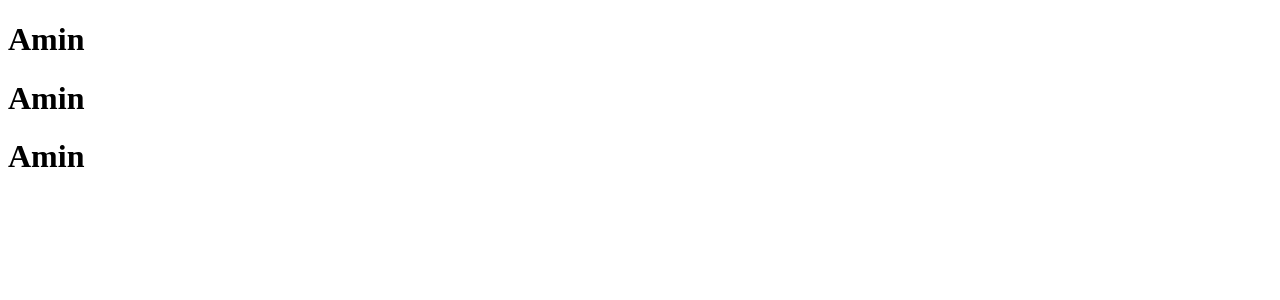
Repository: samsoli/React
Page: /
These files come from the project's save history. The page is drawn as it stood at one moment and after the next save; the edit follows.
The browser window is 1280 px wide. The pictures show the whole page.
The project was rebuilt for these pictures with package versions that can differ from the ones it lists, and the page was loaded fresh each time.

Above is the page before, as saved 2024-06-15 10:22:33.

After the next save:
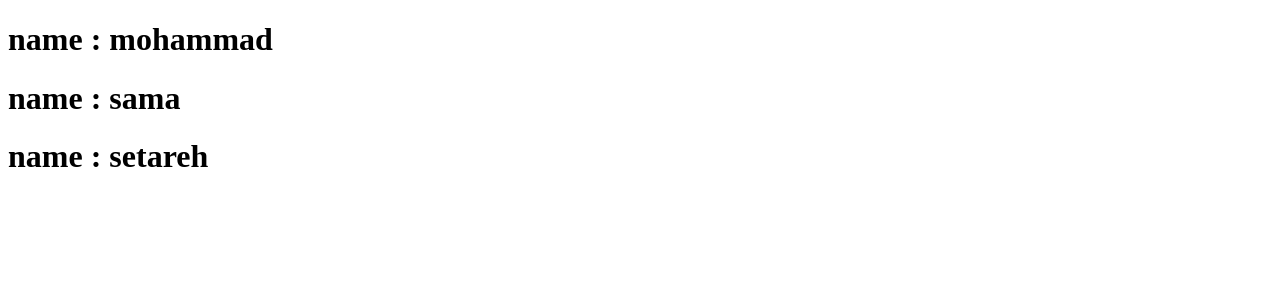
Saved 50 s later.
--- a/src/users/User.js
+++ b/src/users/User.js
@@ -1,9 +1,9 @@
 import React from 'react'
 
-export default function User() {
+export default function User(props) {
     return (
         <div>
-            <h1>Amin</h1>
+            <h1>name : {props.name}</h1>
         </div>
     )
 }
